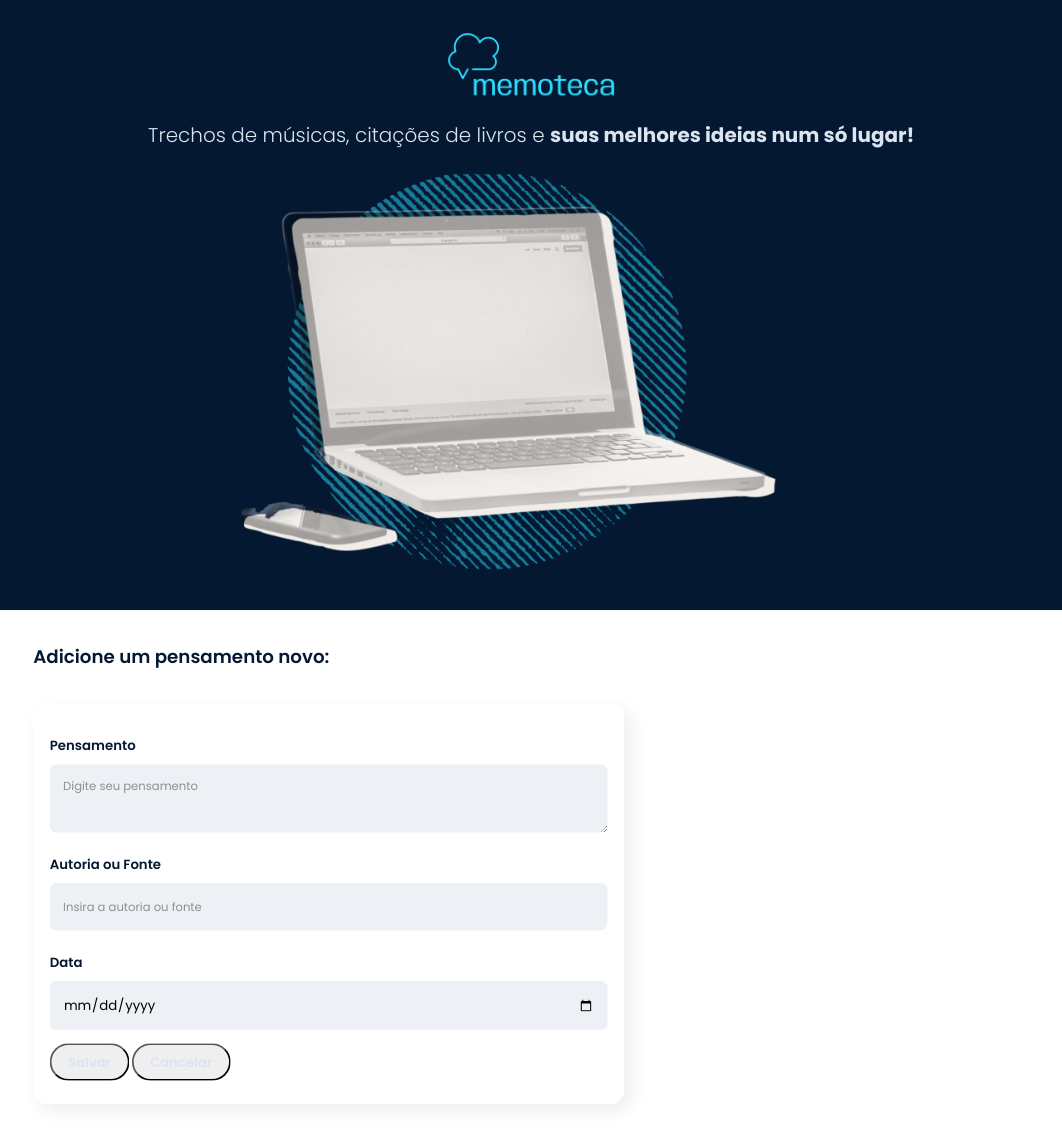
Repository: joaoPraiaJunior/crud_js
Page: index.html
These files come from the project's save history. The page is drawn as it stood at one moment and after the next save; the edit follows.
The browser window is 1280 px wide. The pictures show the whole page, at 83% of full size.

Above is the page before, as saved 2024-09-26 22:56:15.

After the next save:
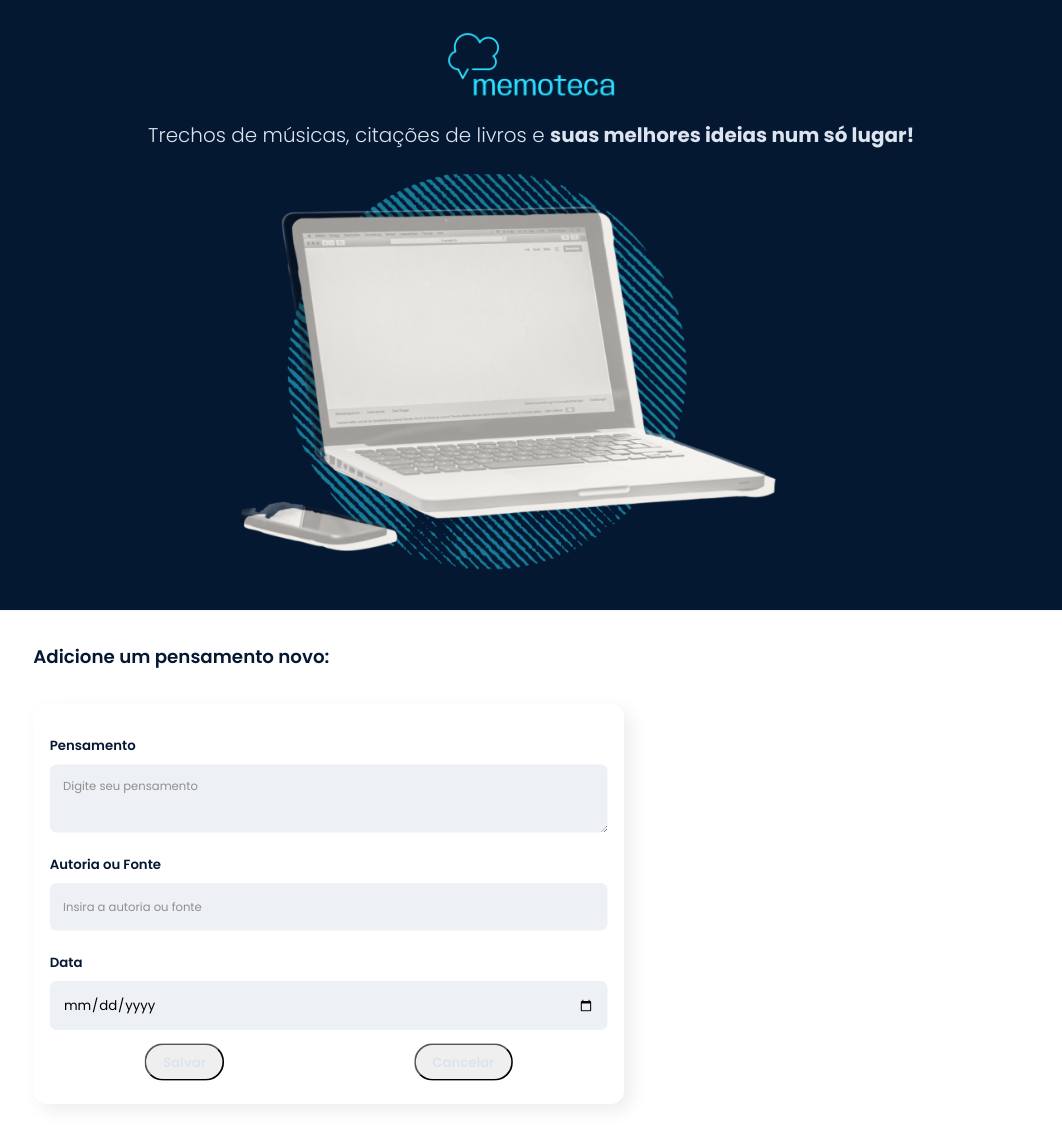
Saved 46 s later.
--- a/css/styles.css
+++ b/css/styles.css
@@ -134,6 +134,11 @@ main {
 	outline: none;
 }
 
+.form-botoes {
+	display: flex;
+	justify-content: space-around;
+}
+
 #botao-salvar,
 #botao-cancelar {
 	color: var(--Baby-blue, #dbe4ef);
